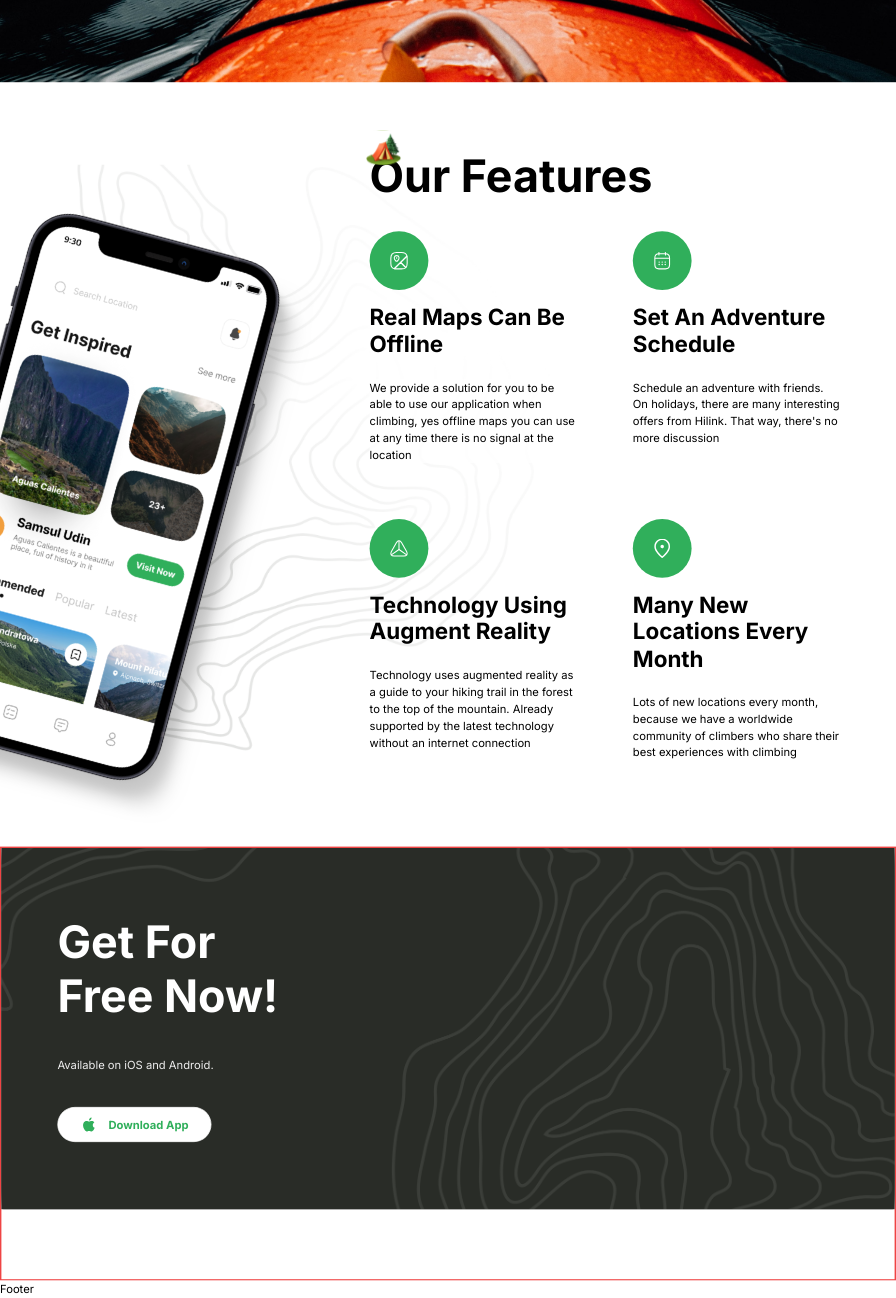
Repository: martin-raphael/travel_agency
Page: /
The author's editor kept a copy of each file at every save. The page is drawn from the files as they stood at one save, then again after the next save.
The browser window is 1280 px wide. The pictures show the part of the page from y = 2498 to 4418 px (the page is 4352 px tall before and 4418 px after), at 70% of full size.
The project was rebuilt for these pictures with package versions that can differ from the ones it lists, and the page was loaded fresh each time. The framework's server and built-in components were replaced by stand-ins that run in the browser. Also part of the build but not shown: next.config.mjs.

Above is the page before, as saved 2024-08-09 02:26:43.

### app/layout.tsx
import type { Metadata } from "next";
import Navbar from "@/components/Navbar";
import Footer from "@/components/Footer";
import "./globals.css";

export const metadata: Metadata = {
  title: "Travel App",
  description: "Beauty of Nature",
};

export default function RootLayout({
  children,
}: Readonly<{
  children: React.ReactNode;
}>) {
  return (
    <html lang="en">
      <body>
        <Navbar />
        <main className="relative overflow-hidden">{children}</main>
        <Footer />
      </body>
    </html>
  );
}

### components/Navbar.tsx
import { NAV_LINKS } from "@/constants";
import Image from "next/image";
import Link from "next/link";
import React from "react";
import Button from "./Button";

const Navbar = () => {
  return (
    <nav className=" flexBetween max-container padding-container relative z-30 py-3">
      <Link href="/">
        <Image src="/hilink-logo.svg" alt="logo" width={74} height={29} />
      </Link>
      <ul className="hidden h-full gap-12 lg:flex">
        {NAV_LINKS.map((link) => (
          <Link
            href={link.href}
            key={link.key}
            className="regular-16 text-gray-50 flexCenter cursor-pointer pb-1.5 transition-all hover:font-bold"
          >
            {link.label}
          </Link>
        ))}
      </ul>

      <div className=" lg:flexCenter hidden">
        <Button
          type="button"
          title="Get Started"
          icon="/user.svg"
          variant="btn_dark_green"
        />
      </div>
      <Image
        src="menu.svg"
        alt="menu"
        width={32}
        height={32}
        className="inline-block cursor-pointer lg:hidden"
      />
    </nav>
  );
};

export default Navbar;

### components/Camp.tsx
import { PEOPLE_URL } from "@/constants";
import Image from "next/image";
import React from "react";
interface CampProps {
  backgroundImage: string;
  title: string;
  subtitle: string;
  peopleJoined: string;
}

const CampSite = ({
  backgroundImage,
  title,
  subtitle,
  peopleJoined,
}: CampProps) => {
  return (
    <div
      className={`h-full w-full min-w-[1100px] ${backgroundImage}
  bg-cover bg-no-repeat lg:rounded-r-5xl 2xl:rounded-5xl`}
    >
      <div className="flex h-full flex-col items-start justify-between p-6 lg:px-20 lg:py-10">
        <div className="flexCenter gap-4">
          <div className="rounded-full bg-green-50 p-4">
            <Image
            src="/folded-map.svg"
            alt="map"
            width={28}
            height={28} />
          </div>
          <div className="flex flex-col gap-1">
            <h4 className="bold-18 text-white"> {title}</h4>
            <p className="regular-14 text-white"> {subtitle}</p>
          </div>
        </div>

        <div className="flexCenter gap-6 ">
          <span className="flex -space-x-4 overflow-hidden">
            {PEOPLE_URL.map((url) => (
              <Image
              className="inline-block h-10 w-10 rounded-full"
              src={url}
              key={url}
              alt="people"
              width={52}
              height={52} />
            ))}
          </span>
          <p className="bold-16 md:bold-20 text-white"> {peopleJoined}</p>
        </div>
      </div>
    </div>
  );
};

const Camp = () => {
  return (
    <section
      className=" 2xl:max-container relative flex flex-col py-10 lg:mb-10 lg:py-20 xl:mb-20"
    >
      <div
        className="hide-scrollbar flex h-[340px] w-full items-start
      justify-start gap-8 overflow-x-auto lg:h-[400px] xl:h-[640px]"
      >
        <CampSite
          backgroundImage="bg-bg-img-1"
          title="Luxury Camp site"
          subtitle="Nyeri, Kenya"
          peopleJoined="300+ visited"
        />
        <CampSite
         backgroundImage="bg-bg-img-2"
         title="The Ranch Camp site"
         subtitle="Kirinyaga, Kenya"
         peopleJoined="800+ visited" />
      </div>
      <div className="flexEnd mt-10 px-6 lg:-mt-60 lg:mr-6">
          <div className="bg-green-50 p-8 lg:max-w-[500px] xl:max-w-[734px]
          xl:rounded-5xl xl:px-16 xl:py-20 relative w-full overflow-hidden rounded-3xl">
            <h2 className="regular-24 md:regular-32 2xl:regular-64 capitalize text-white">
              <strong>Feeling lost</strong> and you want to explore the Central Kenya?
            </h2>
            <p className="regular-14 xl:regular-16 mt-5 text-white">Starting from the anxiety of the climbers when visiting a new climbing location, the possibility of getting lost is very large.
               That&apos;s why we are here for those of you who want to start an adventure.</p>

               <Image src="/quote.svg" alt="Quote" width={186} height={219} className="camp-quote"/>

          </div>
      </div>
    </section>
  );
};

export default Camp;

### components/Features.tsx
import { FEATURES } from "@/constants";
import Image from "next/image";
import React from "react";

type FeatureItem={
  title:string,
  icon:string,
  description:string,
}

const FeatureItem = ({title, icon, description}:FeatureItem) =>{
  return(
    <li className="flex w-full flex-1 flex-col items-start">
     <div className="rounded-full p-4 lg:p-7 bg-green-50">
      <Image src={icon} alt="map" width={28} height={28}/>
     </div>
     <h2 className="bold-20 lg:bold-32 mt-5 capitalize">
      {title}
     </h2>
     <p className="regular-16 mt-5 bg-white/80 tex-gray-30 lg:mt-[30px] lg:bg-none">
      {description}
     </p>
    </li>
  )
};

const Features = () => {
  return (
    <section
      className="flex-col flexCenter overflow-hidden bg-feature-bg
    bg-center bg-no-repeat py-24"
    >
      <div className="max-container padding-container relative w-full justify-end flex">
        <div className="flex flex-1 lg:min-h-[900px]">
          <Image
          className="feature-phone"
          src="/phone.png"
          alt="phone"
          width={440}
          height={1000}/>
        </div>
        <div className="z-20 flex w-full flex-col lg:w-[60%]">
          <div className="relative">
            <Image
            src="/camp.svg"
            alt="camp"
            width={50}
            height={50}
            className="absolute left-[-5px] top-[-28px] lg:w-[50px]"/>
          </div>
          <h2 className="bold-40 lg:bold-64">Our Features</h2>
          <ul className=" mt-10 grid gap-10 md:grid-cols-2 lg:mg-20 lg:gap-20">
          {FEATURES.map((feature)=>(
            <FeatureItem
            key={feature.title}
            title={feature.title}
            icon={feature.icon}
            description={feature.description}/>
          ))}
        </ul>
        </div>

      </div>
    </section>
  );
};



export default Features;

### components/GetApp.tsx
import React from 'react'
import Button from './Button'

const GetApp = () => {
  return (
    <section className='border-2 border-red-500 flexCenter flex-col pb-[100px] w-full'>
      <div className='get-app'>
        <div className='z-20 flex w-full flex-1 flex-col justify-center items-start gap-12'>
          <h2 className='bold-40 lg:bold-64 xl:max-w-[320px] capitalize'> get for free now!</h2>
          <p className='regular-16 text-gray-10'>Available on iOS and Android.</p>

          <div>
            <Button
            type = "button"
            title='Download App'
            icon='/apple.svg'
            variant='btn_white'
            full/>
          </div>

        </div>

      </div>

    </section>
  )
}

export default GetApp

### components/Guide.tsx
import Image from "next/image";
import React from "react";

const Guide = () => {
  return (
    <section className="flexCenter flex-col">
      <div className=" padding-container max-container w-full pb-24">
        <Image src="/camp.svg" alt="camp" width={50} height={50} />
        <p className="uppercase regular-18 -mt-1 mb-3 text-green-50">
          We are here for you...
        </p>
        <div className="flex flex-wrap justify-between gap-5 lg:gap-10">
          <h2 className="bold-40 lg:bold-60 xl:mx-w-[390px]">
            Guide you to Easy Path
          </h2>
          <p className="regular-16 text-gray-50 xl:max-w-[520px]">
            Only with the hilink application you will no longer get lost again,
            because we already support offline maps when there is no internet
            connection in the field. Invite your friends, relatives and friends
            to have fun in the wilderness through the valley and reach the top
            of the mountain
          </p>
        </div>
      </div>
      <div className="flexCenter max-container relative w-full ">
        <Image
          className="w-full object-cover object-center 2xl:rounded-5xl"
          src="/boat.png"
          alt="boat"
          width={1440}
          height={580}
        />

        <div className="absolute flex bg-white py-8 pl-5 pr-7 gap-3 rounded-3xl border
        shadow-md md:left-[5%] lg:top-20">
          <Image
          className="h-full w-auto"
          src="/meter.svg"
          alt="meter"
          width={16}
          height={158}/>
          <div className="flexBetween flex-col">
              <div className="flex w-full flex-col">
                <div className="flexBetween w-full">
                  <p className="regular-16 text-gray-20">Destination </p>
                  <p className="bold-16 text-green-50"> 1hr 30mins</p>
                </div>
                <p className="bold-20 mt-2">Nyeri, Kenya</p>
              </div>
              <div className="flex w-full flex-col">
                  <p className="regular-16 text-gray-20">Start track </p>
                  <h4 className="bold-20 mt-2 whitespace-nowrap"> Nairobi City, Kenya</h4>
              </div>
          </div>

        </div>
      </div>
    </section>
  );
};

export default Guide;

### components/Hero.tsx
import Image from "next/image";
import React from "react";
import Button from "./Button";

const Hero = () => {
  return (
    <section
      className=" max-container padding-container flex
    flex-col gap-20 lg:py-20 py-10 pb-32 md:gap-28 xl:flex-row
    "
    >
      <div className="hero-map" />

      {/* LEFT SIDE-*/}

      <div className="relative z-20 flex flex-1 flex-col xl:w-1/2">
        <Image
          src="/camp.svg"
          alt="camp"
          width={50}
          height={50}
          className="absolute left-[-5px] top-[-30px] w-10 lg:w-[50px]"
        />
        <h1 className="bold-52 lg:bold-88"> Central Kenya Camp Site</h1>
        <p className="regular-16 mt-6 text-gray-30 xl:max-w-[520px]">
          We want to be on each of your journeys seeking the satisfaction of
          seeing the incorruptible beauty of nature. We can help you on an
          adventure around the world in just one app
        </p>

        <div className="my-11 flex flex-wrap gap-5">
          <div className="flex items-center gap-2">
            {Array(5)
              .fill(1)
              .map((_, index) => (
                <Image
                  src="/star.svg"
                  alt="Ratings"
                  key={index}
                  width={24}
                  height={24}
                />
              ))}
          </div>
          <p className="bold-16 lg:bold-20 text-blue-70">
            200K
            <span className="regular-16 lg:regular-20 ml-1 underline">
              Excellent Reviews
            </span>
          </p>
        </div>
        <div className="flex flex-col w-full gap-3 sm:flex-row">
          <Button type="button" title="Download App" variant="btn_green" />

          <Button
            type="button"
            title="How we work? "
            icon="/play.svg"
            variant="btn_white"
          />
        </div>
      </div>

      <div className="relative flex flex-1 items-start">
        <div className="relative z-20  w-[268px] flex flex-col gap-8 rounded-3xl bg-green-90 px-7 py-8">
          <div className="flex flex-col">
            <div className="flexBetween">
              <p className="regular-16 text-gray-20">Location</p>
              <Image src="/close.svg" alt="close" width={24} height={24} />
            </div>
            <p className="bold-20 text-white"> Nyeri Region</p>
          </div>
            <div className="flexBetween">
              <div className="flex flex-col">
                <p className="regular-16 block text-gray-20">Distance</p>
                <p className="bold-20 text-white"> 4,420 mi</p>
              </div>
              <div className="flex flex-col">
                <p className="regular-16 block text-gray-20">Elavation</p>
                <p className="bold-20 text-white"> 2.040 km</p>
              </div>
            </div>
          </div>
        </div>

    </section>
  );
};

export default Hero;

### components/Button.tsx
import Image from "next/image";

type ButtonProps = {
  type: "button" | "submit";
  title: string;
  icon?: string;
  variant?: string;
  full?:boolean;
};

const Button = ({ type, title, icon, variant, full }: ButtonProps) => {
  return (
    <button
      className={`flexCenter gap-4 rounded-full border ${variant} ${full && 'w-full'}`}
      type={type}
    >
      {icon && <Image src={icon} alt={title} width={24} height={24} />}
      <label className=" bold-16 whitespace-nowrap cursor-pointer">{title}</label>
    </button>
  );
};

export default Button;

Loaded but not shown: app/page.tsx (common file); components/Footer.tsx (common file); app/globals.css (common file); constants/index.ts (common file); tailwind.config.ts (common file)

After the next save:
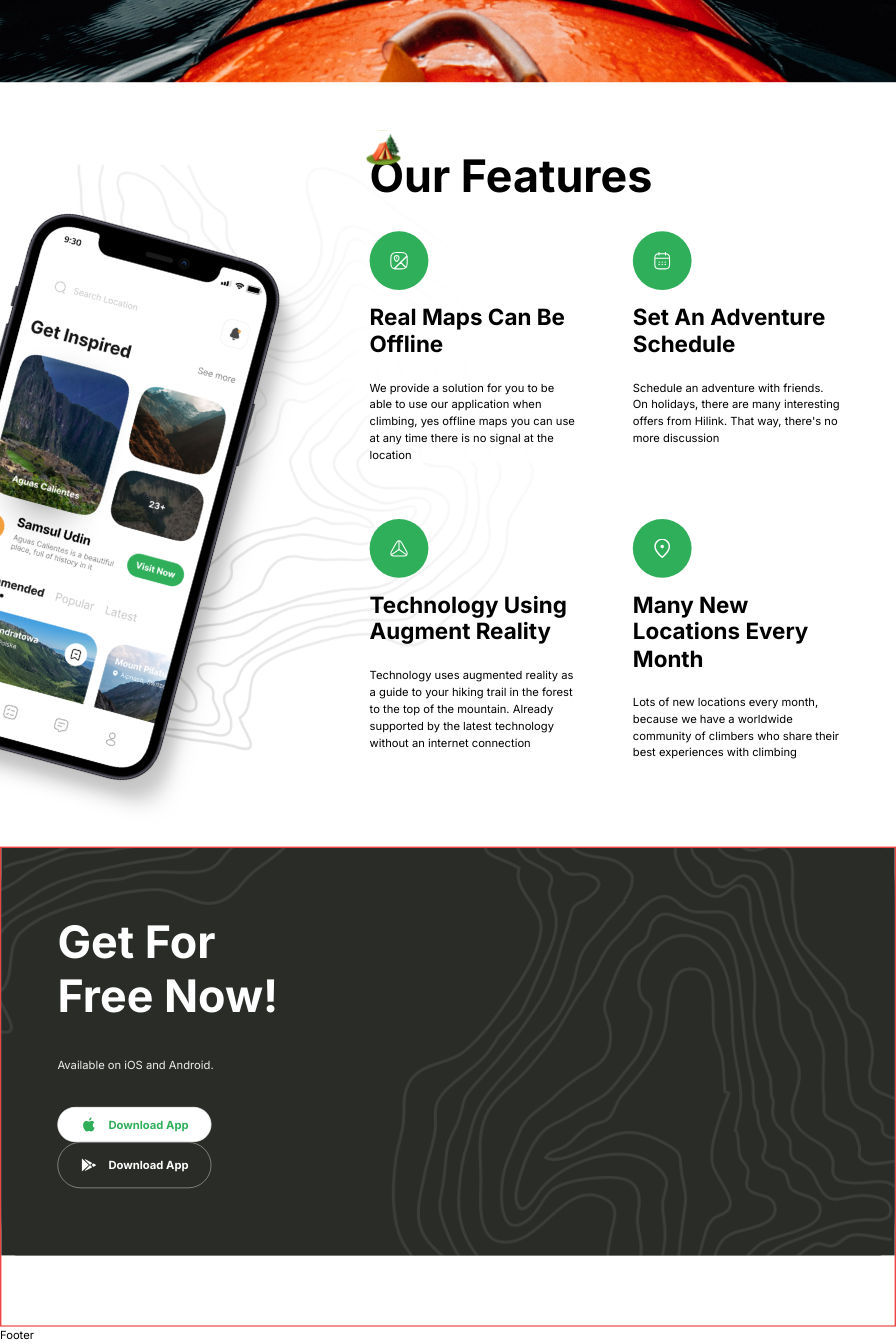
Saved 81 s later.
--- a/components/GetApp.tsx
+++ b/components/GetApp.tsx
@@ -16,6 +16,12 @@ const GetApp = () => {
             icon='/apple.svg'
             variant='btn_white'
             full/>
+            <Button
+            type = "button"
+            title='Download App'
+            icon='/android.svg'
+            variant='btn_dark_green_outline'
+            full/>
           </div>
 
         </div>
